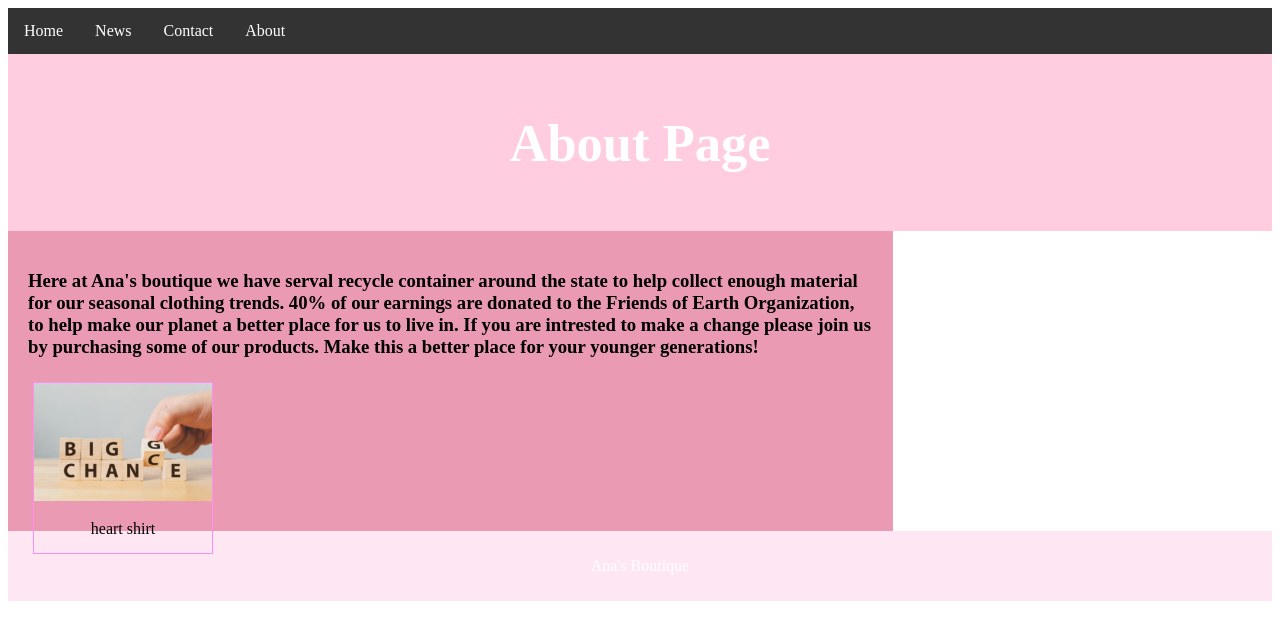
Repository: anavaldovinos/anavaldovinos.github.io
Page: project/about.html
The author's editor kept a record of every edit. The page is drawn from the files as they stood at one moment, then again after the next edit.
The browser window is 1280 px wide. The pictures show the whole page.

Above is the page before.

After the next edit:
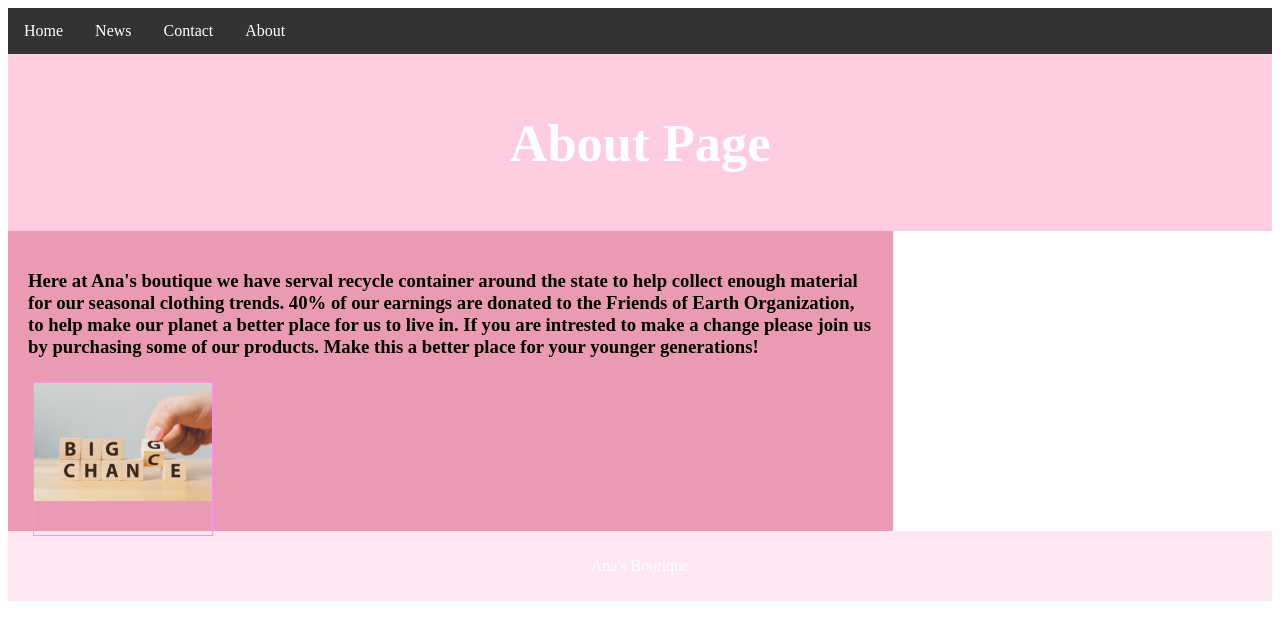
The edit:
--- a/project/about.html
+++ b/project/about.html
@@ -138,8 +138,8 @@
 
 
 
-    <img src="change.jpg" width="600" height="400">
-  <div class="desc">heart shirt</div>
+    <img src="change.jpg" width="700" height="500">
+  <div class="desc"</div>
 </div>
 
   </article>
